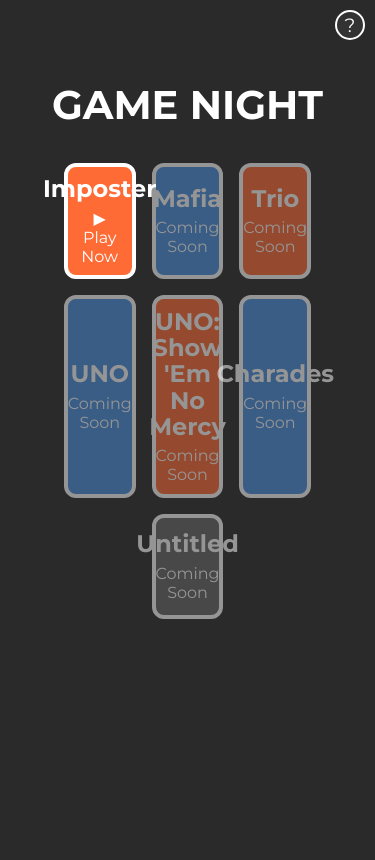
Repository: nfemmanuel/game-night-app
Page: /
The author's editor kept a copy of each file at every save. The page is drawn from the files as they stood at one save, then again after the next save.
The browser window is 375 px wide. The pictures show the whole page.
The project was rebuilt for these pictures with package versions that can differ from the ones it lists, and the page was loaded fresh each time. Also part of the build but not shown: src/components/BackButton.jsx, src/pages/ImposterSetup.jsx, src/data/wordList.js, src/pages/ImposterReveal.jsx, src/pages/ImposterVoting.jsx.

Above is the page before, as saved 2026-01-03 10:52:09.

### public/index.html
<!DOCTYPE html>
<html lang="en">

<head>
  <meta charset="utf-8" />
  <link rel="icon" href="%PUBLIC_URL%/favicon.ico" />
  <link rel="preconnect" href="https://fonts.googleapis.com">
  <link rel="preconnect" href="https://fonts.gstatic.com" crossorigin>
  <link href="https://fonts.googleapis.com/css2?family=Montserrat:wght@400;600;700&display=swap" rel="stylesheet">
  <meta name="viewport" content="width=device-width, initial-scale=1, maximum-scale=1, user-scalable=no" />
  <meta name="theme-color" content="#000000" />
  <meta name="description" content="Web site created using create-react-app" />
  <link rel="apple-touch-icon" href="%PUBLIC_URL%/logo192.png" />
  <!--
      manifest.json provides metadata used when your web app is installed on a
      user's mobile device or desktop. See https://developers.google.com/web/fundamentals/web-app-manifest/
    -->
  <link rel="manifest" href="%PUBLIC_URL%/manifest.json" />
  <!--
      Notice the use of %PUBLIC_URL% in the tags above.
      It will be replaced with the URL of the `public` folder during the build.
      Only files inside the `public` folder can be referenced from the HTML.

      Unlike "/favicon.ico" or "favicon.ico", "%PUBLIC_URL%/favicon.ico" will
      work correctly both with client-side routing and a non-root public URL.
      Learn how to configure a non-root public URL by running `npm run build`.
    -->
  <title>NF's Game Night</title>
</head>

<body>
  <noscript>You need to enable JavaScript to run this app.</noscript>
  <div id="root"></div>
  <!--
      This HTML file is a template.
      If you open it directly in the browser, you will see an empty page.

      You can add webfonts, meta tags, or analytics to this file.
      The build step will place the bundled scripts into the <body> tag.

      To begin the development, run `npm start` or `yarn start`.
      To create a production bundle, use `npm run build` or `yarn build`.
    -->
</body>

</html>

### src/index.js
import React from 'react';
import ReactDOM from 'react-dom/client';
import './index.css';
import App from './App';
import reportWebVitals from './reportWebVitals';
import * as serviceWorkerRegistration from './serviceWorkerRegistration';

const root = ReactDOM.createRoot(document.getElementById('root'));
root.render(
  <React.StrictMode>
    <App />
  </React.StrictMode>
);

// If you want to start measuring performance in your app, pass a function
// to log results (for example: reportWebVitals(console.log))
// or send to an analytics endpoint. Learn more: https://bit.ly/CRA-vitals
reportWebVitals();

serviceWorkerRegistration.register();

### src/App.js
import { BrowserRouter, Routes, Route } from 'react-router-dom';
import './styles/global.css';
import LandingPage from './pages/LandingPage';
import ImposterSetup from './pages/ImposterSetup';
import ImposterReveal from './pages/ImposterReveal';
import ImposterVoting from './pages/ImposterVoting';

function App() {
  return (
    <BrowserRouter>
      <Routes>
        <Route path="/" element={<LandingPage />} />
        <Route path="/imposter-setup" element={<ImposterSetup />} />
        <Route path="/imposter-reveal" element={<ImposterReveal />} />
        <Route path="/imposter-voting" element={<ImposterVoting />} />
      </Routes>
    </BrowserRouter>
  );
}

export default App;

### src/serviceWorkerRegistration.js
export function register() {
    if ('serviceWorker' in navigator) {
        window.addEventListener('load', () => {
            navigator.serviceWorker.register('/service-worker.js').then(
                (registration) => {
                    console.log('SW registered: ', registration);
                },
                (error) => {
                    console.log('SW registration failed: ', error);
                }
            );
        });
    }
}

### src/styles/global.css
* {
    margin: 0;
    padding: 0;
    box-sizing: border-box;
}

body {
    font-family: 'Montserrat', 'Helvetica Neue', 'Arial', sans-serif;
    background-color: rgb(42, 42, 42);
    color: white;
    overflow: hidden;
}

button {
    cursor: pointer;
    border: none;
    border-radius: 5px;
    font-family: inherit;
    font-size: 1rem;
    padding: 10px 20px;
}

/* Prevent scrolling under fixed buttons */
body {
    padding-top: 70px;
}

/* Page title positioning */
.page-title {
    margin-top: 0;
    margin-bottom: 30px;
}

/* Mobile adjustments */
@media (max-width: 768px) {

    /* Page titles */
    .page-title {
        font-size: 2rem !important;
        margin-bottom: 20px;
    }

    /* General headings */
    h1 {
        font-size: 3rem !important;
    }

    h2 {
        font-size: 1.5rem !important;
    }

    h3 {
        font-size: 1.2rem !important;
    }

    p {
        font-size: 1rem !important;
    }

    /* Input fields */
    input[type="text"] {
        width: 100% !important;
        max-width: 300px !important;
        font-size: 1rem !important;
        padding: 12px !important;
        margin-right: 0 !important;
        margin-bottom: 10px !important;
    }

    /* Buttons */
    button {
        font-size: 1rem !important;
        padding: 12px 24px !important;
    }

    /* Smaller back/help buttons */
    .back-button {
        padding: 8px 12px !important;
        font-size: 1rem !important;
        top: 10px !important;
        left: 10px !important;
    }

    .help-button-container {
        top: 10px !important;
        right: 10px !important;
    }

    .help-button {
        width: 30px !important;
        height: 30px !important;
        font-size: 1.2rem !important;
    }

    /* Reveal card */
    .reveal-card {
        width: 280px !important;
        height: 400px !important;
    }

    .reveal-card h2 {
        font-size: 2rem !important;
    }

    /* Reduce padding on mobile */
    body {
        padding-top: 60px;
    }
}

@media (max-width: 480px) {
    .page-title {
        font-size: 1.5rem !important;
    }

    h1 {
        font-size: 2.5rem !important;
    }

    input[type="text"] {
        font-size: 0.9rem !important;
        padding: 10px !important;
    }

    button {
        font-size: 0.9rem !important;
        padding: 10px 20px !important;
    }

    .reveal-card {
        width: 240px !important;
        height: 340px !important;
    }

    .reveal-card h2 {
        font-size: 1.8rem !important;
    }
}

/* Landing page can scroll on mobile */
.landing-page {
    overflow-y: auto !important;
    height: 100vh;
}

### src/pages/LandingPage.jsx
import { useNavigate } from 'react-router-dom';
import GameCard from '../components/GameCard';
import HelpButton from '../components/HelpButton';

function LandingPage() {
    const navigate = useNavigate();

    const handleClick = (gameName, route) => {
        if (route) {
            navigate(route);
        }
    };

    return (
        <div className="landing-page" style={{ padding: '20px', textAlign: 'center' }}>
            <HelpButton />
            <h1>GAME NIGHT</h1>

            <div style={{
                display: 'flex',
                gap: '8px',
                justifyContent: 'center',
                marginTop: '30px',
                flexWrap: 'wrap',
                padding: '0 8px',
                width: '100%',
                boxSizing: 'border-box',
                overflowX: 'auto',
            }}>
                <GameCard
                    name="Imposter"
                    available={true}
                    color="orange"
                    onClick={() => handleClick("Imposter", "/imposter-setup")}
                />
                <GameCard
                    name="Mafia"
                    available={false}
                    color="blue"
                    onClick={() => handleClick("Mafia", "/mafia-setup")}
                />
                <GameCard
                    name="Trio"
                    available={false}
                    color="orange"
                    onClick={() => handleClick("Trio", "/trio-setup")}
                />
                <GameCard
                    name="UNO"
                    available={false}
                    color="blue"
                    onClick={() => handleClick("UNO", "/uno-setup")}
                />
                <GameCard
                    name="UNO: Show 'Em No Mercy"
                    available={false}
                    color="orange"
                    onClick={() => handleClick("UNO-NM", "/uno-nm-setup")}
                />
                <GameCard
                    name="Charades"
                    available={false}
                    color="blue"
                    onClick={() => handleClick("Charades", "/charades-setup")}
                />
                <GameCard
                    name="Untitled"
                    available={false}
                    onClick={() => { }}
                />
            </div>
        </div>
    );
}

export default LandingPage;

### src/components/GameCard.jsx
import styles from './GameCard.module.css';

function GameCard({ name, available, onClick, color }) {  // Add color here
    // Combine card + available/disabled classes + color
    const cardClasses = `${styles.card} ${available ? styles.available : styles.disabled} ${color ? styles[color] : ''}`;

    return (
        <div
            className={cardClasses}
            onClick={available ? onClick : null}
        >
            <h2>{name}</h2>
            <p>{available ? '▶ Play Now' : 'Coming Soon'}</p>
        </div>
    );
}

export default GameCard;

### src/components/HelpButton.jsx
import { useState } from 'react';

function HelpButton() {
    const [showHelp, setShowHelp] = useState(false);

    return (
        <div
            className="help-button-container"
            style={{
                position: 'fixed',
                top: '20px',
                right: '20px',
                zIndex: 1000
            }}
            onMouseEnter={() => setShowHelp(true)}
            onMouseLeave={() => setShowHelp(false)}
        >
            <div
                className="help-button"
                style={{
                    width: '40px',
                    height: '40px',
                    borderRadius: '50%',
                    border: '2px solid white',
                    color: 'white',
                    fontSize: '1.5rem',
                    display: 'flex',
                    alignItems: 'center',
                    justifyContent: 'center',
                    cursor: 'pointer',
                    backgroundColor: '#333'
                }}
            >
                ?
            </div>

            {showHelp && (
                <div
                    style={{
                        position: 'absolute',
                        top: '50px',
                        right: '0',
                        backgroundColor: '#222',
                        border: '2px solid white',
                        borderRadius: '10px',
                        padding: '20px',
                        width: '300px',
                        maxWidth: '90vw',
                        textAlign: 'left',
                        fontSize: '0.9rem',
                        lineHeight: '1.5'
                    }}
                >
                    <h3 style={{ marginTop: 0, marginBottom: '10px', fontSize: '1.1rem' }}>
                        How to Play Imposter
                    </h3>
                    <ol style={{ paddingLeft: '20px', margin: 0 }}>
                        <li>Add 3+ player names</li>
                        <li>One random player is secretly the imposter</li>
                        <li>Everyone else sees the same secret word</li>
                        <li>Pass the phone around - each player holds the card to see their word</li>
                        <li>The imposter sees "You're the imposter. Shh!"</li>
                        <li>After everyone has seen their card, discuss and guess who the imposter is</li>
                        <li>Vote for the imposter or skip to reveal</li>
                    </ol>
                </div>
            )}
        </div>
    );
}

export default HelpButton;

### src/components/GameCard.module.css
.card {
    width: 225px;
    aspect-ratio: 225 / 330;
    padding: 30px;
    margin: 10px;
    border-radius: 20px;
    border: 10px solid white;
    text-align: center;
    transition: all 0.3s ease;
    display: flex;
    flex-direction: column;
    justify-content: center;
    align-items: center;
}

.card h2 {
    font-size: 1.8;
    margin: 0;
}

.card p {
    font-size: 1.1rem;
    margin: 10px 0 0 0;
}

.available {
    color: white;
    cursor: pointer;
}

.available:hover {
    transform: scale(1.05);
}

.disabled {
    background-color: #666;
    color: white;
    cursor: not-allowed;
    opacity: 0.5;
}

.orange {
    background-color: #FF6B35;
}

.orange:hover {
    box-shadow: 0 0 20px rgba(255, 107, 53, 0.6);
}

.blue {
    background-color: #4A90E2;
}

.blue:hover {
    box-shadow: 0 0 20px rgba(74, 144, 226, 0.6);
}

/* Mobile: 3 cards per row with locked aspect ratio */
@media (max-width: 768px) {
    .card {
        width: calc(33.333% - 10px);
        aspect-ratio: 225 / 330;
        padding: 3vw;
        margin: 5px;
        border-width: 5px;
        border-radius: 12px;
    }

    .card h2 {
        font-size: 0.75rem;
        /* Fixed small size */
        margin-bottom: 5px;
        line-height: 1.2;
    }

    .card p {
        font-size: 0.6rem;
        /* Fixed small size */
        margin-top: 5px;
    }
}

@media (max-width: 480px) {
    .card {
        width: calc(25% - 8px);
        aspect-ratio: 225 / 330;
        padding: 2.5vw;
        margin: 4px;
        border-width: 4px;
    }

    .card h2 {
        font-size: 20%;
        /* Even smaller */
        margin-bottom: 3px;
        line-height: 1.1;
    }

    .card p {
        font-size: 0.55rem;
        /* Even smaller */
        margin-top: 3px;
    }
}

Loaded but not shown: src/index.css (common file); src/reportWebVitals.js (common file)

After the next save:
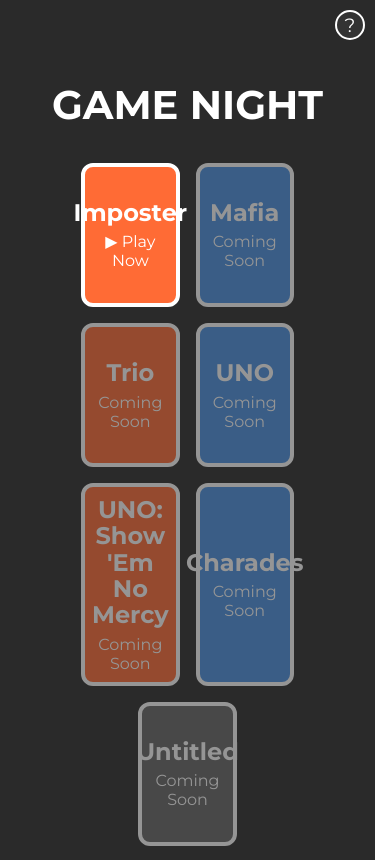
Saved 12 s later.
--- a/src/components/GameCard.module.css
+++ b/src/components/GameCard.module.css
@@ -14,7 +14,7 @@
 }
 
 .card h2 {
-    font-size: 1.8;
+    font-size: 1.8rem;
     margin: 0;
 }
 
@@ -82,7 +82,7 @@
 
 @media (max-width: 480px) {
     .card {
-        width: calc(25% - 8px);
+        width: calc(33.333% - 8px);
         aspect-ratio: 225 / 330;
         padding: 2.5vw;
         margin: 4px;
@@ -90,7 +90,7 @@
     }
 
     .card h2 {
-        font-size: 20%;
+        font-size: 0.65rem;
         /* Even smaller */
         margin-bottom: 3px;
         line-height: 1.1;

After the save that followed:
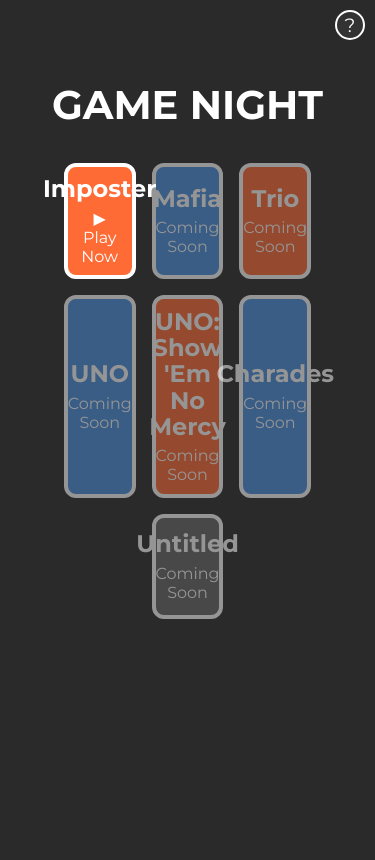
Saved 10 s later.
--- a/src/components/GameCard.module.css
+++ b/src/components/GameCard.module.css
@@ -82,7 +82,7 @@
 
 @media (max-width: 480px) {
     .card {
-        width: calc(33.333% - 8px);
+        width: calc(25% - 8px);
         aspect-ratio: 225 / 330;
         padding: 2.5vw;
         margin: 4px;
